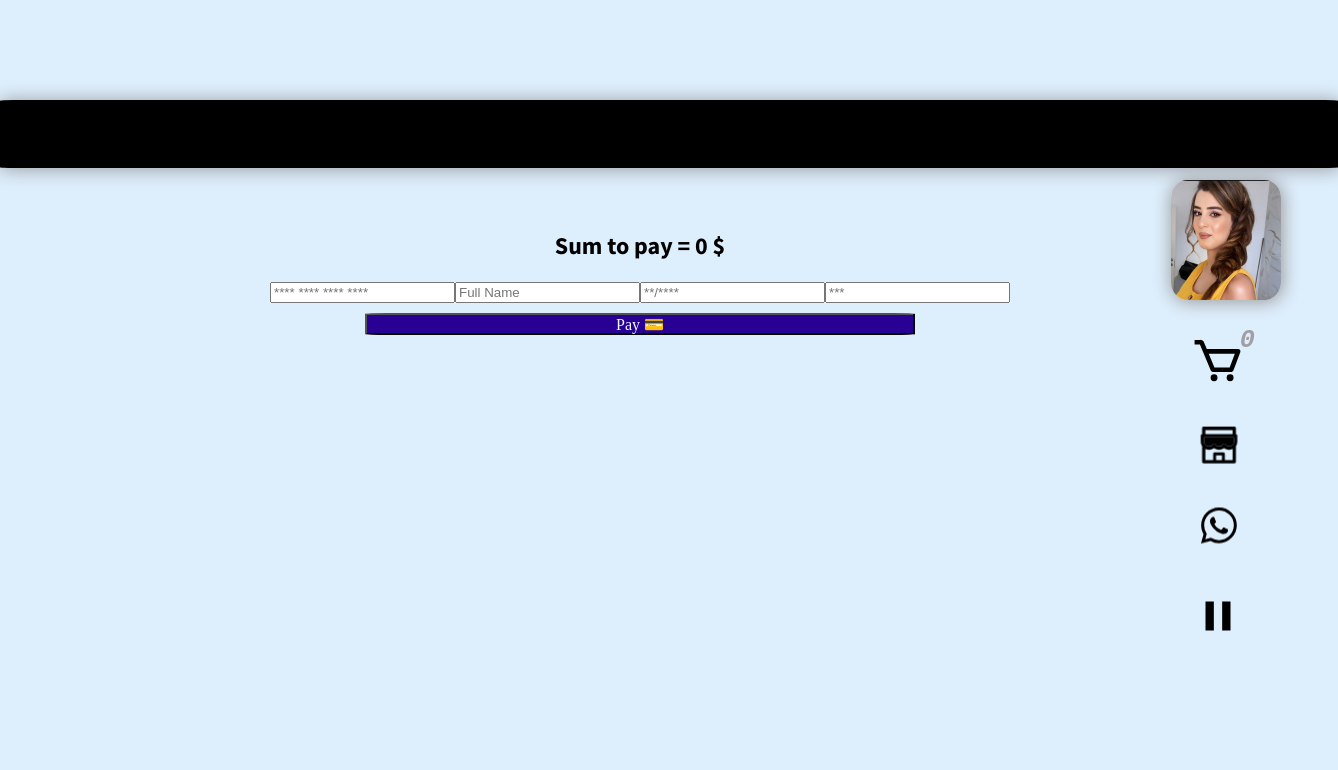
Repository: rehamAbass/BeautyCareShop
Page: /, after clicking the first element matching `svg.cartIcon`
An editor plug-in stored every save of this project. The page is shown before and after the next save, followed by the edit.
The browser window is 1280 px wide. The page is 1338 px wide, so the pictures cover 1338 px, including what lies to the right of the window. The pictures show the whole page.
The page's requests for data from a server got no answer. Some web fonts or font styles are not loaded; a fallback is used. The project was rebuilt for these pictures with package versions that can differ from the ones it lists, and the page was loaded fresh each time. No one was signed in, and anything a server would have sent is missing. Also part of the build but not shown: src/components/allProducts/card-list.css, src/components/allProducts/prod/card.css, src/components/allProducts/prod/card.component.jsx, src/components/search-box/search-box.css, src/components/myCart/cartProduct/cartProduct.css, src/components/myCart/cartProduct/cartProduct.jsx. Imported but missing from the stored project, and not drawn on this page: src/components/header/music/ed.mp3.

Above is the page before, as saved 2022-06-08 17:13:07.

### public/index.html
<!DOCTYPE html>
<html lang="en">
  </style>
  <head>
    <meta charset="utf-8" />
    <link rel="icon" href="" />
    <meta name="viewport" content="width=device-width, initial-scale=1" />
    <meta name="theme-color" content="#000000" />
    <meta
      name="description"
      content="Web site created using create-react-app"
    />
    <link rel="apple-touch-icon" href="" />
    <link rel="manifest" href="%PUBLIC_URL%/manifest.json" />
    <link rel="preconnect" href="https://fonts.googleapis.com">
    <link rel="preconnect" href="https://fonts.gstatic.com" crossorigin>
    <link href="https://fonts.googleapis.com/css2?family=Bigelow+Rules&display=swap" rel="stylesheet">
    <link rel="preconnect" href="https://fonts.googleapis.com">
    <link rel="preconnect" href="https://fonts.gstatic.com" crossorigin>
    <link href="https://fonts.googleapis.com/css2?family=Bigelow+Rules&family=Dancing+Script&display=swap"
      rel="stylesheet">
    <title color:'purble'>BeautyShop💄</title>
  </head>
  <body>

    <div id="root"></div>
  </body>
</html>

<!--
  <video id="video1" loop="" muted="" src="https://prod-streaming-video-msn-com.akamaized.net/aa5cb260-7dae-44d3-acad-3c7053983ffe/1b790558-39a2-4d2a-bcd7-61f075e87fdd.mp4"></video>

 -->

### src/components/allProducts/card-list.component.jsx

import './card-list.css'
import Card from './prod/card.component'
import React from 'react'

const CardList = ({ group ,addProduct}) => {
    return (
        <div className='card-list'>
            {group.map((p,i) =>
                (
                    <Card
                    key={i}
                    product={p}
                     addProduct={addProduct}/>
                )
            )
            }
        </div >

    )
}

export default CardList;

### src/components/search-box/search-box.component.jsx

import React from 'react'
import './search-box.css'


const SearchBox = ({ className, placeholder, searchHandler, group }) => {

    return (
        <div className='search-box'>
            <input
                className={className}
                type='search'
                placeholder='Search Products'
                onChange={searchHandler}
                style={{
                     fontStyle:'unset', fontStretch: 'extra-expanded'
                , fontSize:'large', borderRadius:'15%'}}
            />
            {group.length === 0 ?
                <div className='alert2'> NO Products with this prefix </div> : ''}
        </div>
    )
}


export default SearchBox;

### src/App.css
body {
  margin: 0;
  padding: 0;
  font-family: -apple-system, BlinkMacSystemFont, 'Segoe UI', 'Roboto', 'Oxygen',
    'Ubuntu', 'Cantarell', 'Fira Sans', 'Droid Sans', 'Helvetica Neue',
    sans-serif;
    background-color:rgba(192, 190, 228, 0.135);
  -webkit-font-smoothing: antialiased;
  -moz-osx-font-smoothing: grayscale;
  text-align: center;
}



















/* -------------------------------------------------------------------------------------- */

/* .App {
  text-align: center;
}

.App-logo {
  height: 40vmin;
  pointer-events: none;
}

@media (prefers-reduced-motion: no-preference) {
  .App-logo {
    animation: App-logo-spin infinite 20s linear;
  }
}

.App-header {
  background-color: #2d5cba;
  min-height: 100vh;
  display: flex;
  flex-direction: column;
  align-items: center;
  justify-content: center;
  font-size: calc(10px + 2vmin);
  color: white;
}

.App-link {
  color: #61dafb;
}

@keyframes App-logo-spin {
  from {
    transform: rotate(0deg);
  }
  to {
    transform: rotate(360deg);
  }
}

*/

### src/components/header/header.component.jsx
import React from 'react'
import './header.css'
import Music from './music/music.component';
import fatme from './fatme.jpeg'
import CartIcon from './cartIcon/cartIcon.component';
import {BsWhatsapp} from 'react-icons/bs'
import {AiTwotoneShop} from 'react-icons/ai'

const Header = ({counter,imgs, handleCart}) => {
    return (
        <div className='headClass'>
        <div className='imgs'>
            {imgs.map((link, i) => (
                    (i>=19 && i <29)&&<img
                    style={{transform:'scale(1)' ,  margin:'0px'}}
                    key={i}
                    src={link} alt='prod' />

            ))}
        </div>

            <img className='myImg' src={fatme} alt='me'
            />
               <CartIcon
            counter={counter}
             handleCart={handleCart}
            />
            <AiTwotoneShop
            className='goHome'
                onClick={() => {
                     handleCart(false)}}
            />
            <h4 className='title' >
                <marquee direction='left' loop='2' >Fatima Beauty Care Shop</marquee>
            </h4>


            <Music />


            <a  className='whatsApp'  aria-label="whats"
                target="_blank" rel="noopener"
                href="https://api.whatsapp.com/send?phone=972543656019&text=hello%20Fatima%20from%20your%20BeautyCareShop%20Website%20💄"
              >
              <BsWhatsapp/>
            </a>
        </div>
    )
}

export default Header;

### src/components/myCart/myCart.jsx
import './myCart.css'
import React from 'react'
import Card from './cartProduct/cartProduct.jsx'
import { useState } from 'react'

import Pay from './Payment/Pay'


const Cart = ({ sum, group, addProduct, deleteProduct, decreaseProduct  , handleSumCount}) => {

        const [paid, setPaid] = useState(false);
        const handlePaid = (val) => {
                setPaid(val);
            }
            //--------------------------------------
    return (
        <div className='allComp' >
              <h2 className='sum'> Sum to pay =  { sum } $ </h2>



                 {(paid === false)&&
                 <Pay/>}
                  {(paid === false)&&
            <button className='payy'
                onClick={() => {
                    handlePaid(true);
                     handleSumCount(true);
                      }}>
                 Pay 💳
                 </button>}
           {(paid == true)&&
            <h2
            style={{ fontSize: 'x-large' }}>
                THANK YOU MAN, PAID SUSSESSFULLY💳👍🏼👍🏼
            </h2>}


           {(paid === false) &&
            <div className='myCart' > {
                group.map((p, index) => (<
                                Card key = { index }
                                product = { p }
                                addProduct = { addProduct }
                                deleteProduct = { deleteProduct }
                                decreaseProduct = { decreaseProduct }
                                />)
                            )
            }
            </div>}
            </div>
                    )
                }


                export default Cart;

### src/components/header/header.css
.title {
    width: 110%;
    position: relative;
    font-size: 46px;
    font-weight: bolder;
    font-family: 'Dancing Script';
 color:rgb(251, 251, 251);
    font-stretch: extra-expanded;
    /* text-shadow: 11px 1px 11px rgb(255, 0, 123); */
    background-color: rgb(0, 0, 0);
     box-shadow: 1px 1px 17px 1px rgba(135, 134, 135, 0.74);
     margin-top: 40px;
     border-radius:1%;
}
.imgs{
    width: 110%;
    position: relative;
    height:60px;
     margin: 0px;
}
.goHome{
    color:rgb(0, 0, 0);
     position:fixed;
    margin-left: 47%;
    margin-top:376px;
     transform: scale(2.6);
}
.goHome:hover{
    color:rgb(160, 160, 164);
    transform:scale(3);
}
.whatsApp{
    color:rgb(0, 0, 0);
     position:fixed;
    margin-left: 47%;
    margin-top:290px;
     transform: scale(2);
}
.whatsApp:hover{
  color:rgb(160, 160, 164);

   }
.myImg{
    position:fixed;
    margin-left: 44%;
    margin-top:120px;
    width: 110px;
  height: 120px;
    box-shadow: 1px 1px 17px 1px rgb(155, 153, 153);
    border-radius:15%;
}

.headClass {
    border-radius: 12%;
    width: 95%;
    height: 30px;
    font-size: large;
    /* font-weight: 700; */
    font-style: italic;

}

### src/components/header/music/music.component.jsx
import './music.css'
import { useState, useEffect } from 'react'
import { MdPlayArrow, MdPause } from 'react-icons/md'
import  React  from 'react'
import ed from "./ed.mp3";

const aud = new Audio(ed);
aud.play();

const Music = () => {
    const [flagPlaying, setIsActive] = useState(true);
    const handleClick = (value) => {
        setIsActive(value);
        if (value === true) {
            aud.loop = true;
            aud.play();
        } else {
            aud.pause();
            aud.loop = false;
        }
    }

    return (<div className='myAudio'>
        {(flagPlaying === false) &&
            <MdPlayArrow
                className='btnAudio'
                onClick={() => {
                    if (flagPlaying === false) {
                        handleClick(true);
                    }
                }}
            />
        }
        {(flagPlaying === true) &&
            <MdPause
                className='btnAudio'
                style={{color:'black'}}
                onClick={() => {
                    if (flagPlaying === true) {
                        handleClick(false);
                    }
                }}
            />
        }
    </div>
    )
}


export default Music;

### src/components/header/cartIcon/cartIcon.component.jsx
import React from 'react'
import './cart.css'
import { BiCart } from "react-icons/bi";


const CartIcon = ({ counter,handleCart}) => {

    return (
        <div className='cart-container'>
            <span className='counter'>{counter}</span>
            <BiCart
                    className='cartIcon'
                    onClick={() => {
                      handleCart(true);
                     }}
                />
        </div>
    )
}
export default CartIcon;

### src/components/myCart/myCart.css
.myCart{
    width:900px;
    max-width: 900px;
    margin-left:3%;
    display: grid;
    grid-template-Columns:  1fr 1fr 1fr ;
    grid-gap: 0.4%;
    margin-top: 4%;
    margin-bottom:30%;
}

.alert1 {
    margin-top: 200px;
    text-align: center;
    /* padding: 40px; */
    /* color: rgb(55, 100, 212); */
    color:black;
    font-size: 50px;
    font-stretch: extra-expanded;
    font-family: 'Dancing Script';
    font-weight: bolder;
    text-shadow: 1px 1px  1px rgb(0, 0, 0);
    transform: scale(1.22);
    /* margin-top: '36%'; */
    margin-left:110%;
}
.sum{
    margin-top: 200px;
}
.alertPay {
     margin-left:-42%;
  /* margin-top: 400px; */
    text-align: center;
    color: rgb(13, 37, 100);
    font-size: 350x;
    /* font-stretch: extra-expanded; */
    /* font-family: 'Dancing Script'; */
    font-weight: bolder;
    text-shadow: 1px 1px  1px rgb(0, 0, 0);

}
.payy{
    cursor:pointer;
    border: 5  rgb(0, 0, 0);
    width :550px;
    height:22px;
    margin-top:10px;
      color:aliceblue;
      padding: 3px;
      padding-top: 0px;
    background-color:rgb(40, 0, 148);
   font-family:serif;
    font-size:medium;
    font-weight:400;
    border-radius:4%;
}

.paybtn:hover{
    color:rgb(3, 3, 216);
    background-color:rgb(252, 252, 252);
    box-shadow: 1px 1px 2px 1px  rgb(0, 52, 197);
}

### src/components/myCart/Payment/Pay.jsx


import React from 'react'
import './Pay.css'

import {useState} from 'react';
const Pay =()=>{
    const [onChangee , setOnChangee] = useState({});
    const onChangeHandler =(obj)=>{
        setOnChangee(obj);
        }
 //-------------------------------
return (
    <div>
      <form id="cc-form">
    <input type="text" name="number" placeholder='**** **** **** ****'/>
    <input type="text" name="name" placeholder='Full Name'/>
    <input type="text" name="expiry" placeholder='**/****'/>
    <input type="text" name="cvc" placeholder='***'/>
</form>
    </div>
)

}



export default Pay;

### src/components/header/music/music.css
.myAudio {}

.btnAudio {
    width:  50px;
    height: 50px;
    position:fixed;
    margin-left: 45.7%;
    margin-top: 362px;
    color:rgb(0, 0, 0);
    border-radius: 90%;
}

.btnAudio:hover {
   color : rgb(160, 160, 164);
    transform: scale(1.125);
    box-shadow: 1px 1px 10px 1px  rgb(160, 162, 169);
}

### src/components/header/cartIcon/cart.css
.cartIcon{
     position:fixed;
    width:55px;
    height:55px;
    color:rgb(0, 0, 0);
    margin-top:1%;
    /* transform: translateZ(-1);
    transition: transform 0.25s ease-out; */
}
.cartIcon:hover{
    transform:scale(1.12);
    color:rgb(160, 160, 164);
}
.cart-container{
    position:fixed;
    margin-left: 93%;
    margin-top: 260px;
}
.cart-container:hover{
    color:rgb(0, 0, 0);
 /* transform: scale(1); */
 cursor: pointer;
}
.counter{
    font-size:large;
    font-family:'Courier New', Courier, monospace;

    color:rgb(160, 160, 164);
    font-weight:bolder;
    text-align: right;
      transform: scale(1.4);
    text-shadow: 2px 2px 12px 12px rgb(0, 0, 0);
    position: fixed;
    margin-left: 4%;
    margin-top:0.8%;
}

Loaded but not shown: src/index.js (common file); src/index.css (common file); src/App.js (180 lines, source omitted); src/components/myCart/Payment/Pay.css (631 lines, source omitted)

After the next save:
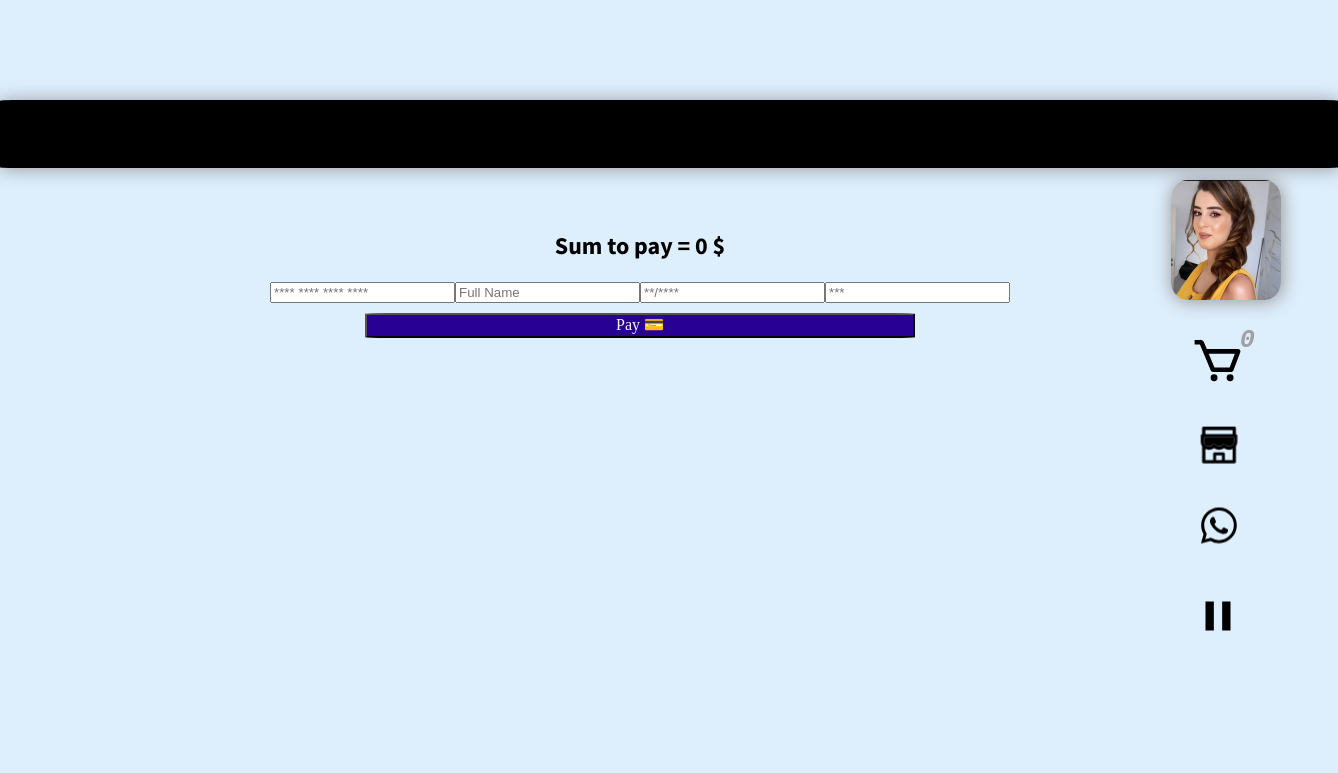
Saved 12 s later.
--- a/src/components/myCart/myCart.css
+++ b/src/components/myCart/myCart.css
@@ -43,7 +43,7 @@
     cursor:pointer;
     border: 5  rgb(0, 0, 0);
     width :550px;
-    height:22px;
+    height:25px;
     margin-top:10px;
       color:aliceblue;
       padding: 3px;
